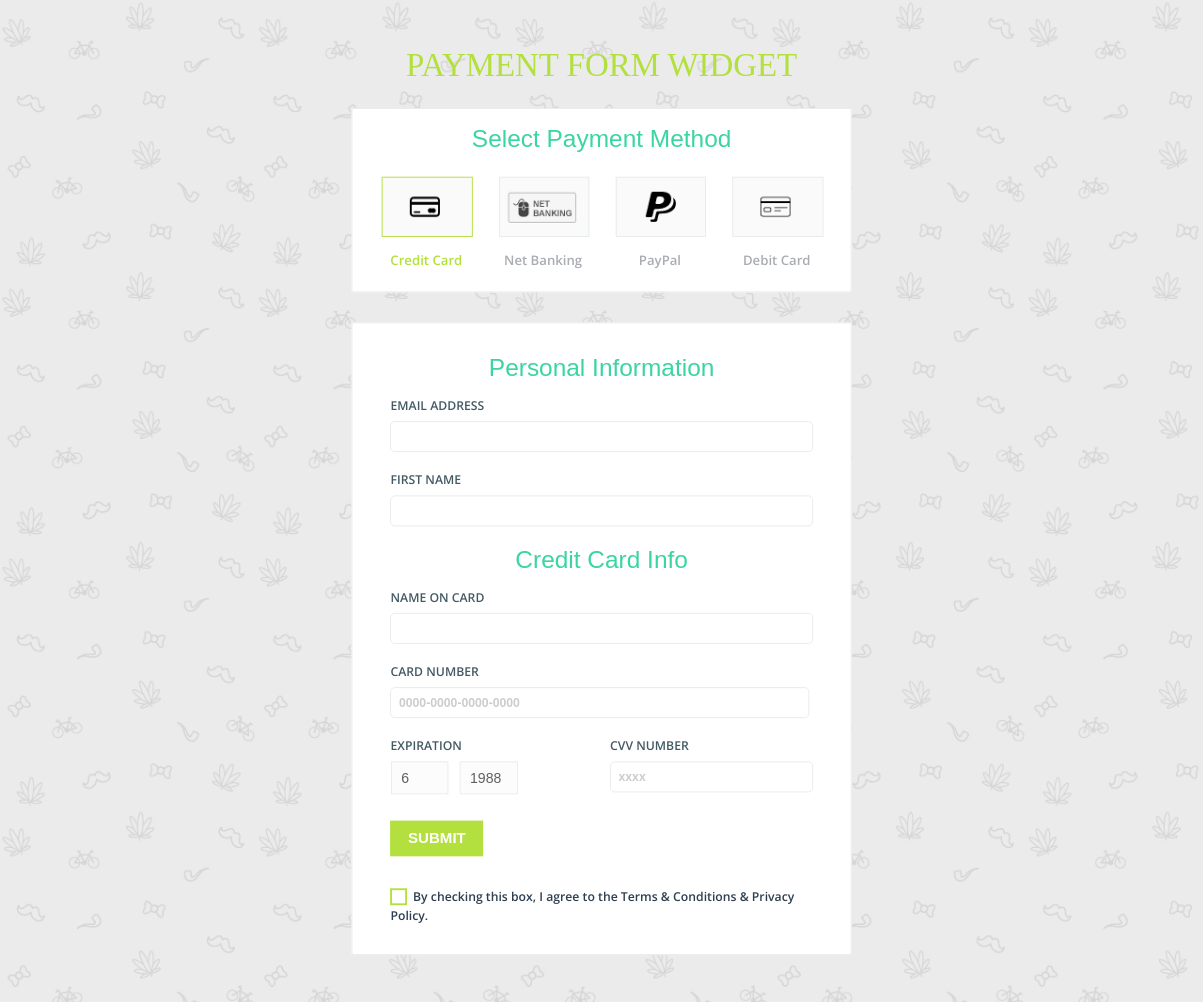
Repository: abinbabu/project-1-final
Page: http://localhost/shoppingcartfront/WEB-INF/views/lastpage.jsp
The author's editor kept a copy of each file at every save. The page is drawn from the files as they stood at one save, then again after the next save.
The browser window is 1280 px wide. The pictures show the whole page, at 94% of full size.
Some web fonts or font styles are not loaded; a fallback is used. The page is served by Tomcat 9. Nobody is signed in. The template is opened directly, without the code that normally fills it, so the values that code supplies are empty.

Above is the page before, as saved 2016-08-21 09:17:57.

After the next save:
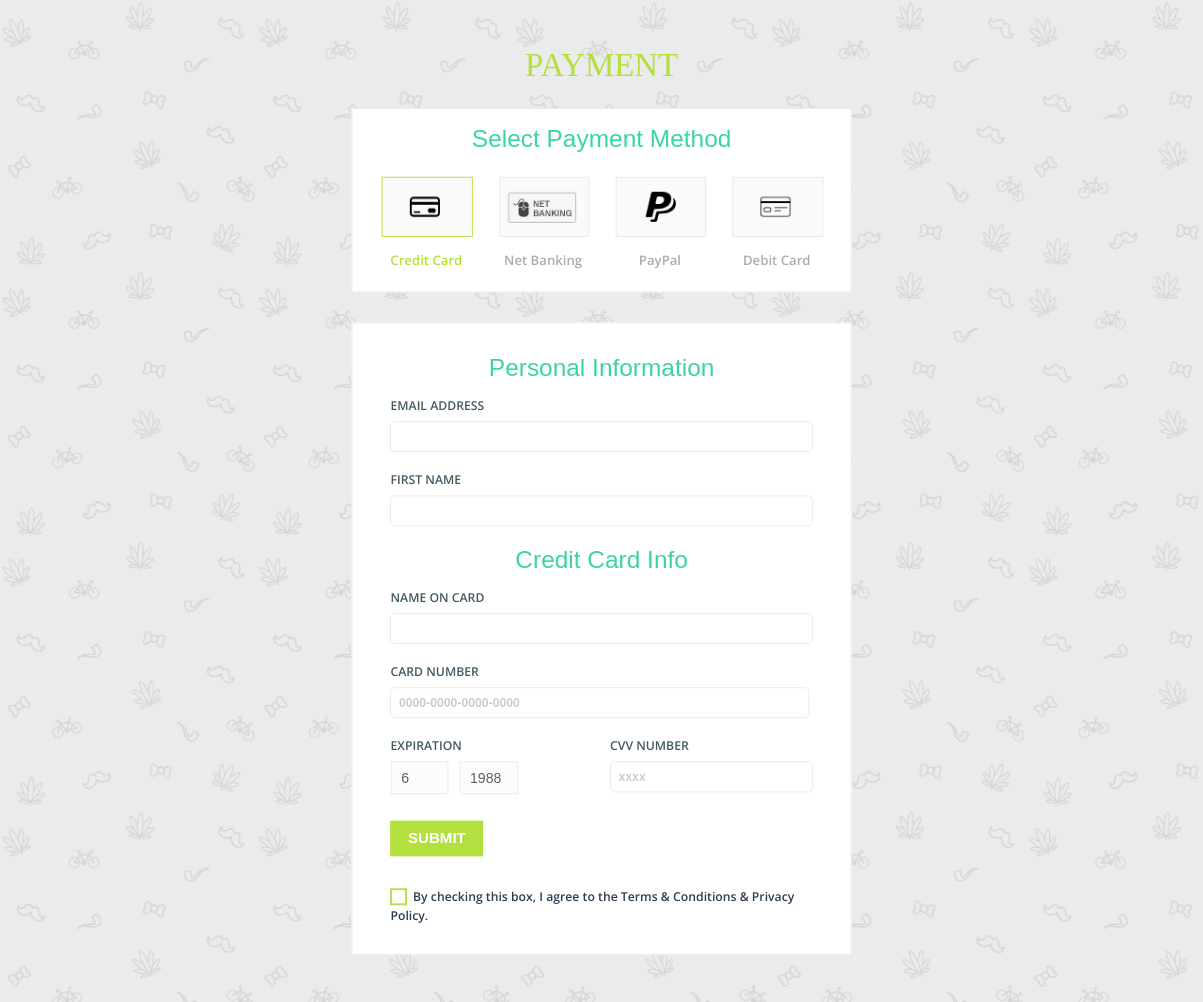
Saved 51 s later.
--- a/final complete/shoppingcartfront/src/main/webapp/WEB-INF/views/lastpage.jsp
+++ b/final complete/shoppingcartfront/src/main/webapp/WEB-INF/views/lastpage.jsp
@@ -16,7 +16,7 @@
 </head>
 <body>
 <div class="main">
-		<h1>Payment Form Widget</h1>
+		<h1>Payment</h1>
 		<div class="content">
 
 			<script src="<c:url value="/resources/js/easyResponsiveTabs.js" />" type="text/javascript"></script>
